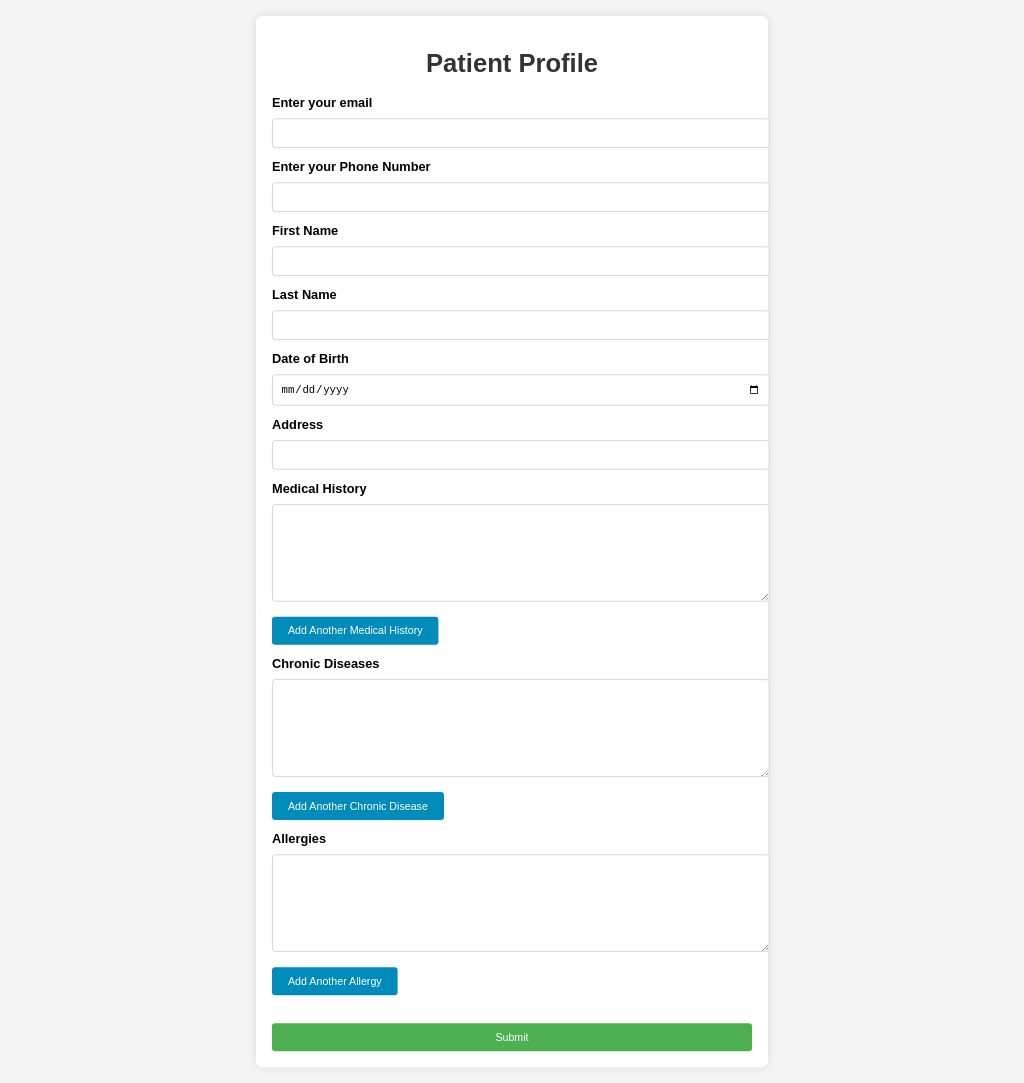
Repository: OmarAl-Saleh/Hospital-Emergency-System
Page: http://localhost/EmergencySystem/patient/sign-up.jsp
An editor plug-in stored every save of this project. The page is shown before and after the next save, followed by the edit.
The browser window is 1280 px wide. The pictures show the whole page, at 80% of full size.
The page is served by Tomcat 9. Other server files are loaded and not shown.

Above is the page before, as saved 2024-05-26 14:29:46.

### EmergencySystem/EmergencySystem/src/main/webapp/patient/sign-up.jsp
<!DOCTYPE html>
<html>
<head>
    <meta charset="ISO-8859-1">
    <title>Patient Profile Form</title>
    <style>
        body {
            font-family: Arial, sans-serif;
            background-color: #f4f4f4;
            margin: 0;
            padding: 20px;
        }

        form {
            background-color: white;
            padding: 20px;
            border-radius: 8px;
            box-shadow: 0 0 10px rgba(0, 0, 0, 0.1);
            max-width: 600px;
            margin: auto;
        }

        h1 {
            text-align: center;
            color: #333;
        }

        label {
            display: block;
            margin-bottom: 10px;
            font-weight: bold;
        }

        input[type="text"], input[type="date"], input[type="email"], input[type="tel"], textarea {
            width: 100%;
            padding: 10px;
            margin-bottom: 15px;
            border: 1px solid #ccc;
            border-radius: 4px;
        }

        textarea {
            height: 100px;
        }

        input[type="submit"] {
            background-color: #4CAF50;
            color: white;
            border: none;
            padding: 10px 20px;
            cursor: pointer;
            border-radius: 4px;
            width: 100%;
            margin-top: 20px;
        }

        input[type="submit"]:hover {
            background-color: #45a049;
        }

        .add-button {
            background-color: #008CBA;
            color: white;
            border: none;
            padding: 10px 20px;
            cursor: pointer;
            border-radius: 4px;
            margin-bottom: 15px;
        }

        .add-button:hover {
            background-color: #007bb5;
        }
    </style>
    <script>
        function addField(containerId, fieldName) {
            const container = document.getElementById(containerId);
            const textarea = document.createElement('textarea');
            textarea.name = fieldName + '[]';
            textarea.required = true;
            container.appendChild(textarea);
        }
    </script>
</head>
<body>
    <form action="patient" method="post">
        <h1>Patient Profile</h1>

        <input type="hidden" name="source" value="sign-up"/>

        <label for="email">Enter your email</label>
        <input type="email" id="email" name="email" required/>

        <label for="phoneNumber">Enter your Phone Number</label>
        <input type="tel" id="phoneNumber" name="phoneNumber" required/>

        <label for="firstName">First Name</label>
        <input type="text" id="firstName" name="firstName" required/>

        <label for="lastName">Last Name</label>
        <input type="text" id="lastName" name="lastName" required/>

        <label for="dob">Date of Birth</label>
        <input type="date" id="dob" name="dob" required/>

        <label for="address">Address</label>
        <input type="text" id="address" name="address" required/>

        <label for="medicalHistory">Medical History</label>
        <div id="medicalHistoryContainer">
            <textarea name="medicalHistory[]" required></textarea>
        </div>
        <button type="button" class="add-button" onclick="addField('medicalHistoryContainer', 'medicalHistory')">Add Another Medical History</button>

        <label for="chronicDiseases">Chronic Diseases</label>
        <div id="chronicDiseasesContainer">
            <textarea name="chronicDiseases[]" required></textarea>
        </div>
        <button type="button" class="add-button" onclick="addField('chronicDiseasesContainer', 'chronicDiseases')">Add Another Chronic Disease</button>

        <label for="allergies">Allergies</label>
        <div id="allergiesContainer">
            <textarea name="allergies[]" required></textarea>
        </div>
        <button type="button" class="add-button" onclick="addField('allergiesContainer', 'allergies')">Add Another Allergy</button>

        <input type="submit" value="Submit">
    </form>
</body>
</html>

After the next save:
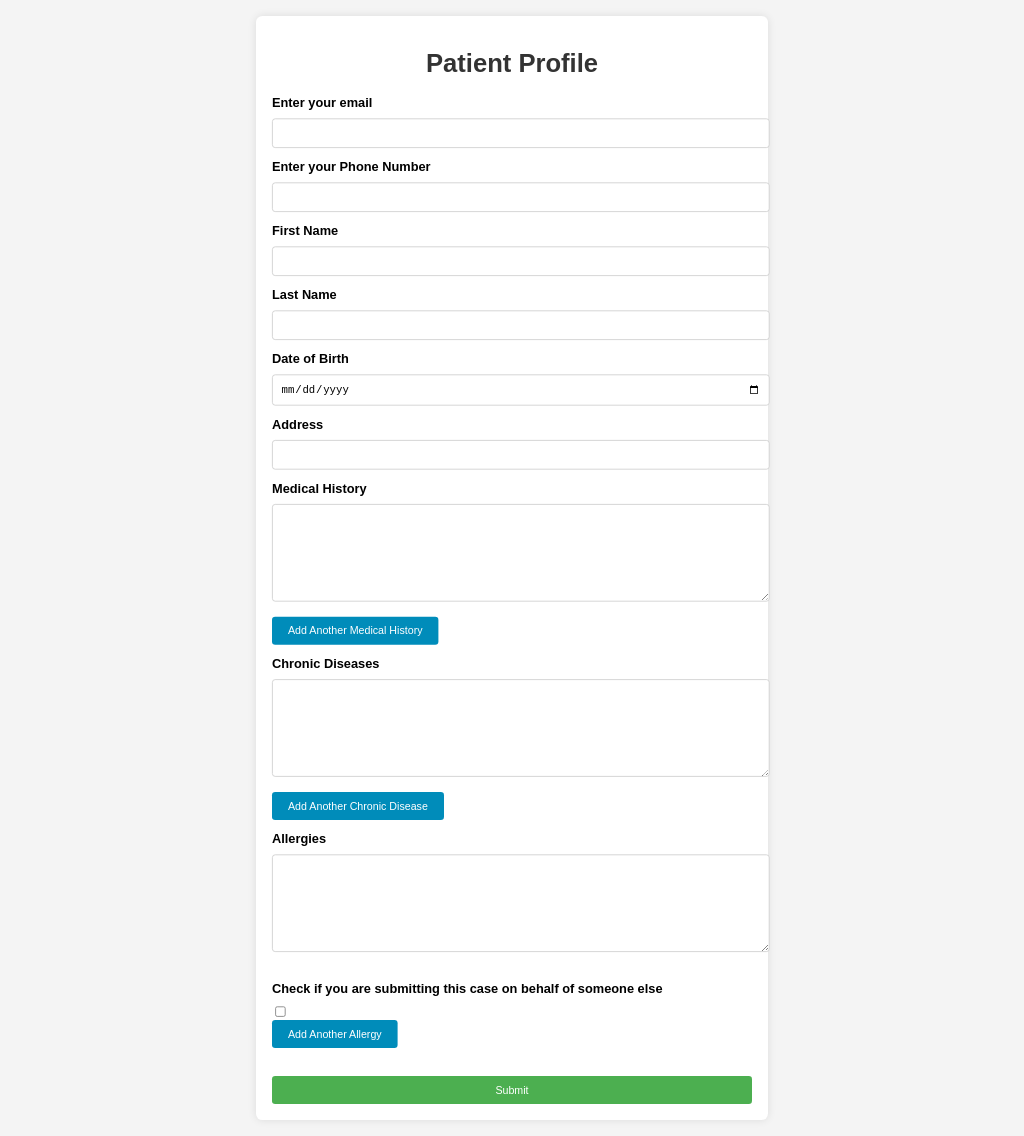
Saved 19 min 5 s later.
--- a/EmergencySystem/EmergencySystem/src/main/webapp/patient/sign-up.jsp
+++ b/EmergencySystem/EmergencySystem/src/main/webapp/patient/sign-up.jsp
@@ -73,14 +73,43 @@
         }
     </style>
     <script>
-        function addField(containerId, fieldName) {
-            const container = document.getElementById(containerId);
-            const textarea = document.createElement('textarea');
-            textarea.name = fieldName + '[]';
-            textarea.required = true;
-            container.appendChild(textarea);
-        }
-    </script>
+    function togglePatientInfo() {
+        var checkbox = document.querySelector('input[name="sub_patient"]');
+        var patientInfoDiv = document.getElementById('patient-info');
+        patientInfoDiv.style.display = checkbox.checked ? 'block' : 'none';
+    }
+
+    function toggleInjuryInfo() {
+        var checkbox = document.querySelector('input[name="injured"]');
+        var patientInfoDiv = document.getElementById('injury');
+        patientInfoDiv.style.display = checkbox.checked ? 'block' : 'none';
+    }
+
+    window.onload = function() {
+        var checkbox = document.querySelector('input[name="sub_patient"]');
+        checkbox.addEventListener('change', togglePatientInfo);
+        togglePatientInfo(); // Initial check to set the correct state on page load
+
+        var checkbox2 = document.querySelector('input[name="injured"]');
+        checkbox2.addEventListener('change', toggleInjuryInfo);
+        toggleInjuryInfo();
+    }
+
+    function toggleInjuryInfo() {
+        var checkbox = document.querySelector('input[name="injured"]');
+        var patientInfoDiv = document.getElementById('injury');
+        patientInfoDiv.style.display = checkbox.checked ? 'block' : 'none';
+    }
+
+    function addField(containerId, fieldName) {
+        const container = document.getElementById(containerId);
+        const textarea = document.createElement('textarea');
+        textarea.name = fieldName + '[]';
+        textarea.required = true;
+        container.appendChild(textarea);
+    }
+
+</script>
 </head>
 <body>
     <form action="patient" method="post">
@@ -122,6 +151,39 @@
         <div id="allergiesContainer">
             <textarea name="allergies[]" required></textarea>
         </div>
+
+         <br>
+    <label>Check if you are submitting this case on behalf of someone else</label>
+    <input type="checkbox" name="sub_patient" />
+    <div id="patient-info" class="hidden-section">
+        <br>
+        <label>Enter Patient Name</label>
+        <input type="text" name="sub_patient_name"/>
+        <br>
+        <label>Enter Patient Relation</label>
+        <input type="text" name="sub_patient_relation"/>
+
+        <br>
+        <label for="symptoms">symptoms</label>
+        <br>
+        <div id="subsymptomscontainer">
+            <textarea name="symptoms[]"></textarea>
+        </div>
+        <br>
+        <button type="button" class="add-button" onclick="addField('subsymptomscontainer', 'symptoms')">Add Another symptom</button>
+    <label>is the patient injured?</label>
+    <input type="checkbox" name="injured" />
+    <div id="injury" class="hidden-section">
+    	<br>
+        <label>Enter injury</label>
+        <input type="text" name="injury_name"/>
+        <br>
+        <label for="img">injury image:</label>
+  		<input type="file" id="img" name="img" accept="image/*">
+ 	 	<br>
+    </div>
+    </div>
+    <br>
         <button type="button" class="add-button" onclick="addField('allergiesContainer', 'allergies')">Add Another Allergy</button>
 
         <input type="submit" value="Submit">
